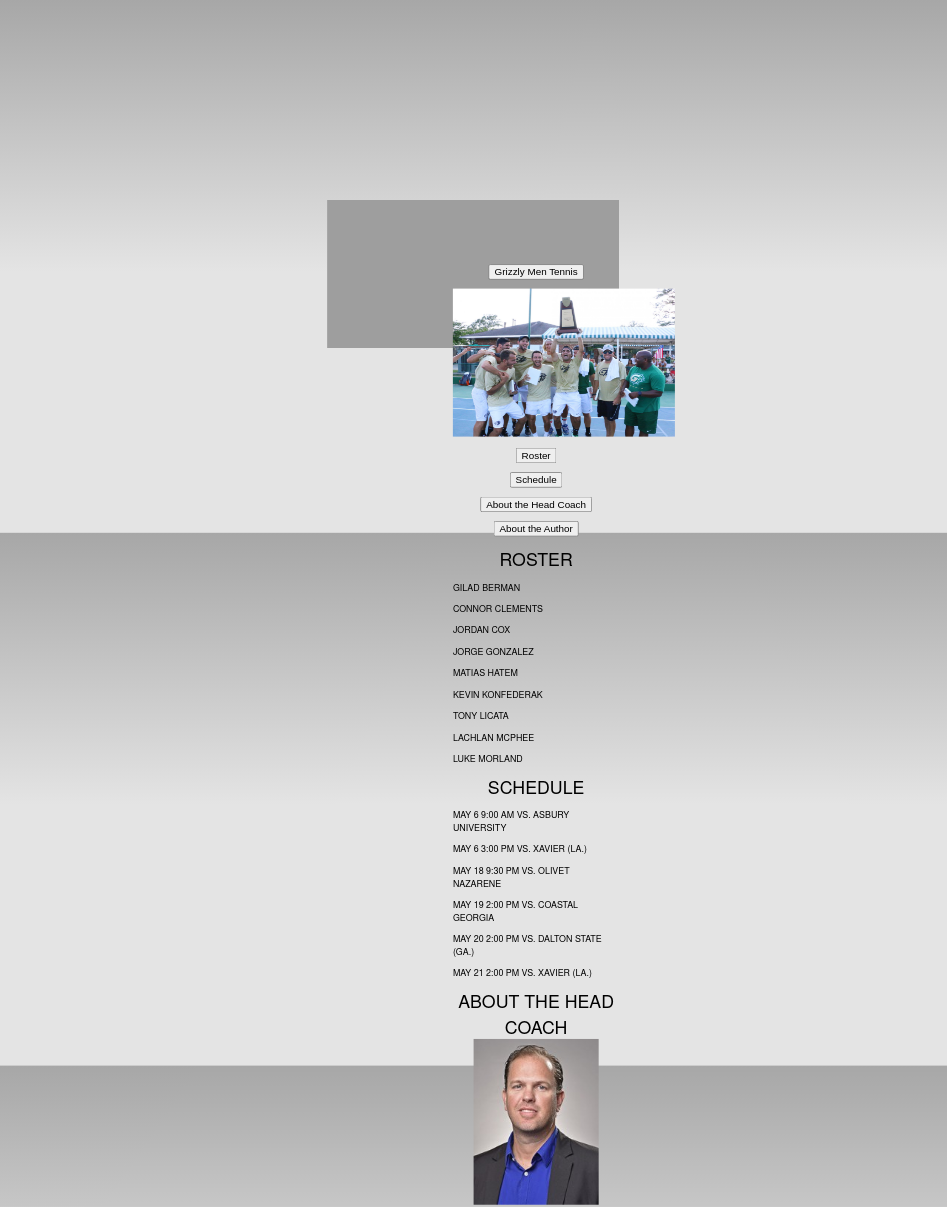
Repository: qtran3/itec4550
Page: EXAM1/TennisAppWebView/index.html
The author's editor kept a copy of each file at every save. The page is drawn from the files as they stood at one save, then again after the next save.
The browser window is 1280 px wide. The pictures show the whole page, at 74% of full size.
Pictures or frames that could not be fetched are drawn as grey boxes. Backgrounds fixed to the window are drawn as part of the page.

Above is the page before, as saved 2016-06-01 16:38:32.

### EXAM1/TennisAppWebView/index.html
<!DOCTYPE html>
<!--
    Licensed to the Apache Software Foundation (ASF) under one
    or more contributor license agreements.  See the NOTICE file
    distributed with this work for additional information
    regarding copyright ownership.  The ASF licenses this file
    to you under the Apache License, Version 2.0 (the
    "License"); you may not use this file except in compliance
    with the License.  You may obtain a copy of the License at

    http://www.apache.org/licenses/LICENSE-2.0

    Unless required by applicable law or agreed to in writing,
    software distributed under the License is distributed on an
    "AS IS" BASIS, WITHOUT WARRANTIES OR CONDITIONS OF ANY
     KIND, either express or implied.  See the License for the
    specific language governing permissions and limitations
    under the License.
-->
<html>
    <head>
        <!--
        Customize this policy to fit your own app's needs. For more guidance, see:
            https://github.com/apache/cordova-plugin-whitelist/blob/master/README.md#content-security-policy
        Some notes:
            * gap: is required only on iOS (when using UIWebView) and is needed for JS->native communication
            * https://ssl.gstatic.com is required only on Android and is needed for TalkBack to function properly
            * Disables use of inline scripts in order to mitigate risk of XSS vulnerabilities. To change this:
                * Enable inline JS: add 'unsafe-inline' to default-src
        -->
        <meta http-equiv="Content-Security-Policy" content="default-src 'self' data: gap: https://ssl.gstatic.com 'unsafe-eval'; style-src 'self' 'unsafe-inline'; media-src *">
        <meta name="format-detection" content="telephone=no">
        <meta name="msapplication-tap-highlight" content="no">
        <meta name="viewport" content="user-scalable=no, initial-scale=1, maximum-scale=1, minimum-scale=1, width=device-width">
        <link rel="stylesheet" type="text/css" href="css/index.css">
        <title>Grizzly Men Tennis</title>
    </head>
    <body>
        <div class="app">
        	<div id="mainPage" align="center">
            	<p> <button id="homePagebuutton">Grizzly Men Tennis</button></p>
				<p>
				  <img src="img/Tennis-10.jpg" height="200px" width="300px" />
				</p>
				<p>
					<button id="rosterButton">Roster</button>
				</p>
				<p>
					<button id="scheduleButton">Schedule</button>
				</p>
				<p>
					<button id="coachButton">About the Head Coach</button>
				</p>
				<p>
					<button id="authorButton">About the Author</button>
				</p>
			</div>

			<div id="rosterPage">
				<h1 align="center">Roster</h1>
				<div align="left">
					<p>Gilad Berman</p>
					<p>Connor Clements</p>
					<p>Jordan Cox</p>
					<p>Jorge Gonzalez</p>
					<p>Matias Hatem</p>
					<p>Kevin Konfederak</p>
					<p>Tony Licata</p>
					<p>Lachlan McPhee</p>
					<p>Luke Morland</p>
				</div>

				<div id="schedulePage">
					<h1 align="center"> Schedule</h1>
					<div align="left">
						<p>May  6 9:00 AM	 vs. Asbury University</p>
						<p>May  6 3:00 PM	 vs. Xavier (La.)</p>
						<p>May 18 9:30 PM	 vs. Olivet Nazarene </p>
						<p>May 19 2:00 PM	 vs. Coastal Georgia</p>
						<p>May 20 2:00 PM	 vs. Dalton State (Ga.)</p>
						<p>May 21 2:00 PM	 vs. Xavier (La.)</p>
					</div>
				</div>

				<div id="coachPage">
					<h1 align="center">About the Head Coach</h1>
					<img src="img/chase_hodges_1142_mtn.jpg">

				</div>

            </div>

        </div>

<!--
        <script type="text/javascript" src="cordova.js"></script>
-->
        <script type="text/javascript" src="js/index.js"></script>
    </body>
</html>

### EXAM1/TennisAppWebView/css/index.css
/*
 * Licensed to the Apache Software Foundation (ASF) under one
 * or more contributor license agreements.  See the NOTICE file
 * distributed with this work for additional information
 * regarding copyright ownership.  The ASF licenses this file
 * to you under the Apache License, Version 2.0 (the
 * "License"); you may not use this file except in compliance
 * with the License.  You may obtain a copy of the License at
 *
 * http://www.apache.org/licenses/LICENSE-2.0
 *
 * Unless required by applicable law or agreed to in writing,
 * software distributed under the License is distributed on an
 * "AS IS" BASIS, WITHOUT WARRANTIES OR CONDITIONS OF ANY
 * KIND, either express or implied.  See the License for the
 * specific language governing permissions and limitations
 * under the License.
 */
* {
    -webkit-tap-highlight-color: rgba(0,0,0,0); /* make transparent link selection, adjust last value opacity 0 to 1.0 */
}

body {
    -webkit-touch-callout: none;                /* prevent callout to copy image, etc when tap to hold */
    -webkit-text-size-adjust: none;             /* prevent webkit from resizing text to fit */
    -webkit-user-select: none;                  /* prevent copy paste, to allow, change 'none' to 'text' */
    background-color:#E4E4E4;
    background-image:linear-gradient(top, #A7A7A7 0%, #E4E4E4 51%);
    background-image:-webkit-linear-gradient(top, #A7A7A7 0%, #E4E4E4 51%);
    background-image:-ms-linear-gradient(top, #A7A7A7 0%, #E4E4E4 51%);
    background-image:-webkit-gradient(
        linear,
        left top,
        left bottom,
        color-stop(0, #A7A7A7),
        color-stop(0.51, #E4E4E4)
    );
    background-attachment:fixed;
    font-family:'HelveticaNeue-Light', 'HelveticaNeue', Helvetica, Arial, sans-serif;
    font-size:12px;
    height:100%;
    margin:0px;
    padding:0px;
    text-transform:uppercase;
    width:100%;
}

/* Portrait layout (default) */
.app {
    background:url(../img/logo.png) no-repeat center top; /* 170px x 200px */
    position:absolute;             /* position in the center of the screen */
    left:50%;
    top:50%;
    height:50px;                   /* text area height */
    width:225px;                   /* text area width */
    text-align:center;
    padding:180px 0px 0px 0px;     /* image height is 200px (bottom 20px are overlapped with text) */
    margin:-115px 0px 0px -112px;  /* offset vertical: half of image height and text area height */
                                   /* offset horizontal: half of text area width */
}

/* Landscape layout (with min-width) */
@media screen and (min-aspect-ratio: 1/1) and (min-width:400px) {
    .app {
        background-position:left center;
        padding:75px 0px 75px 170px;  /* padding-top + padding-bottom + text area = image height */
        margin:-90px 0px 0px -198px;  /* offset vertical: half of image height */
                                      /* offset horizontal: half of image width and text area width */
    }
}

h1 {
    font-size:24px;
    font-weight:normal;
    margin:0px;
    overflow:visible;
    padding:0px;
    text-align:center;
}

.event {
    border-radius:4px;
    -webkit-border-radius:4px;
    color:#FFFFFF;
    font-size:12px;
    margin:0px 30px;
    padding:2px 0px;
}

.event.listening {
    background-color:#333333;
    display:block;
}

.event.received {
    background-color:#4B946A;
    display:none;
}

@keyframes fade {
    from { opacity: 1.0; }
    50% { opacity: 0.4; }
    to { opacity: 1.0; }
}

@-webkit-keyframes fade {
    from { opacity: 1.0; }
    50% { opacity: 0.4; }
    to { opacity: 1.0; }
}

.blink {
    animation:fade 3000ms infinite;
    -webkit-animation:fade 3000ms infinite;
}

Loaded but not shown: EXAM1/TennisAppWebView/js/index.js (common file)

After the next save:
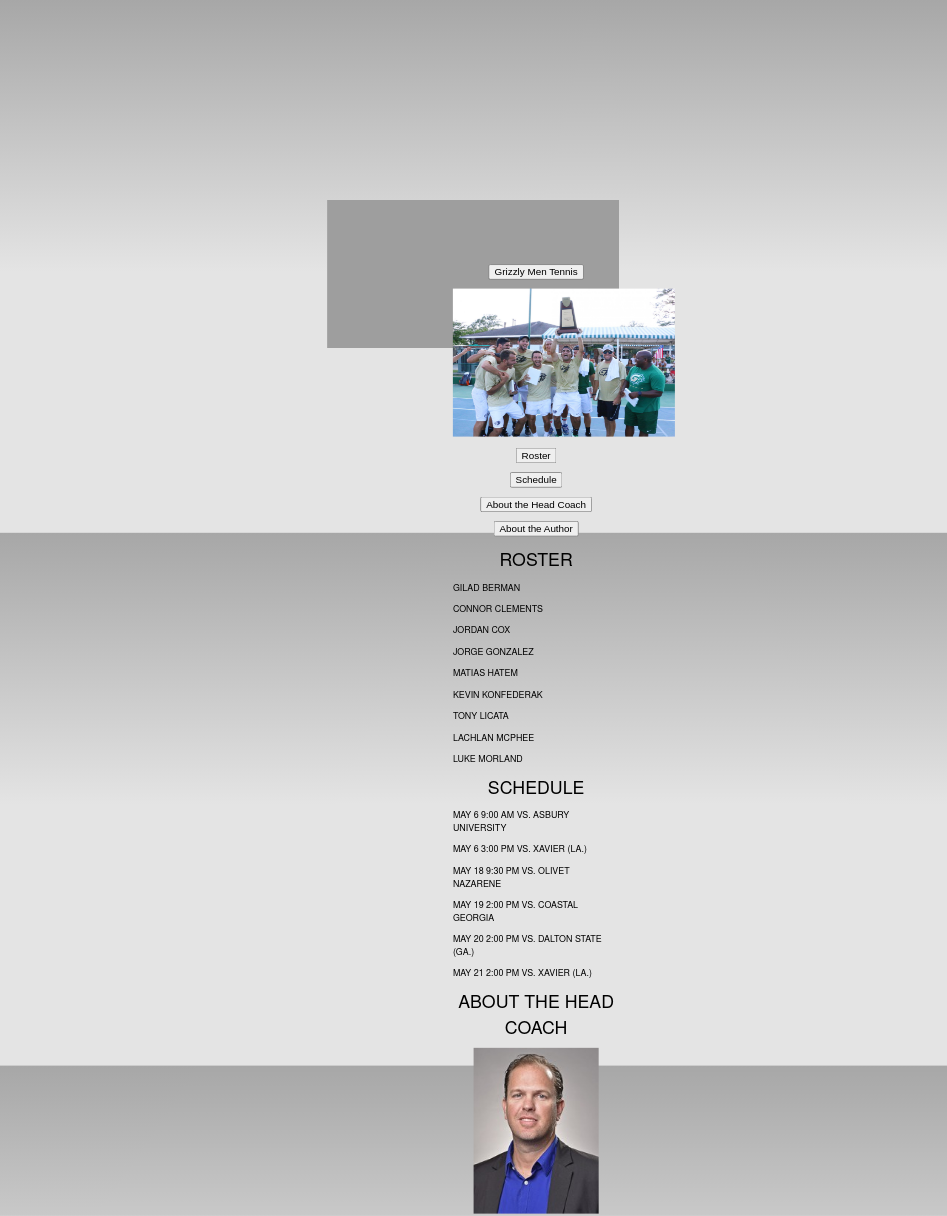
Saved 50 s later.
--- a/EXAM1/TennisAppWebView/index.html
+++ b/EXAM1/TennisAppWebView/index.html
@@ -84,7 +84,9 @@
 
 				<div id="coachPage">
 					<h1 align="center">About the Head Coach</h1>
-					<img src="img/chase_hodges_1142_mtn.jpg">
+					<p>
+						<img src="img/chase_hodges_1142_mtn.jpg"/>
+					</p>
 
 				</div>
 
